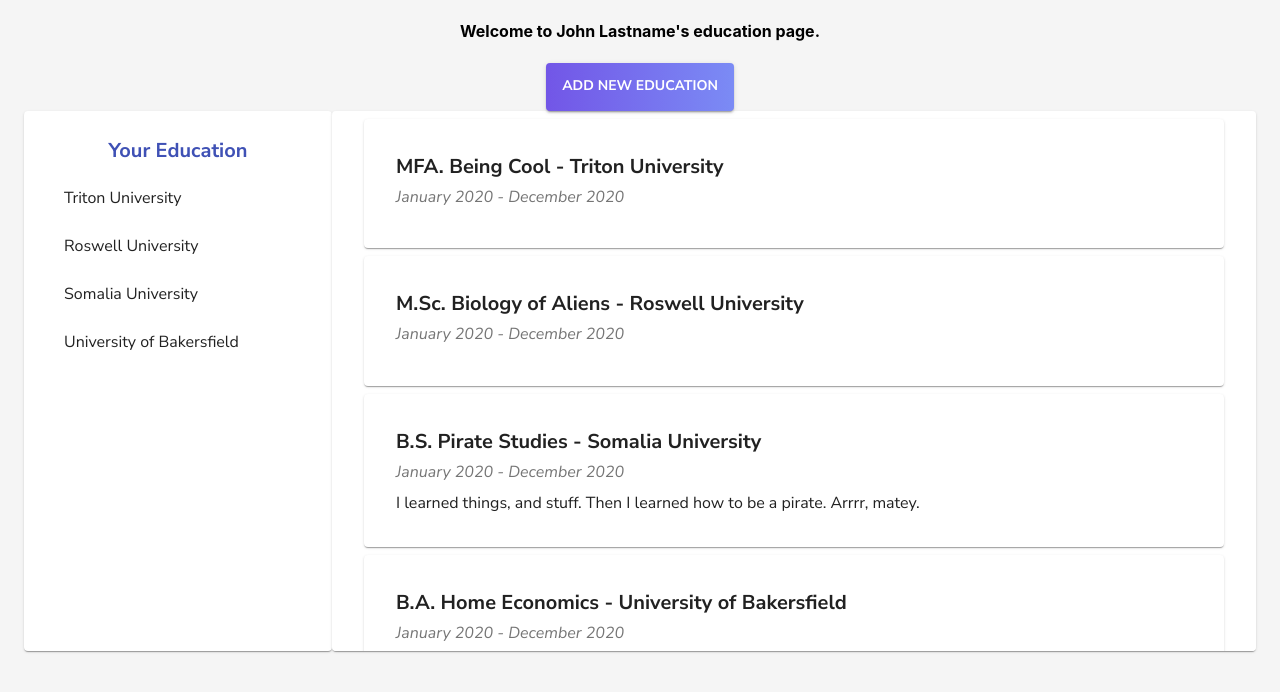
Repository: noellered/Showwcase-React-Challenge
Page: / (app in showwcase-education-react/)
These files come from the project's save history. The page is drawn as it stood at one moment and after the next save; the edit follows.
The browser window is 1280 px wide. The pictures show the whole page.
An inner scrolling area shows only its first screen. The project was rebuilt for these pictures with package versions that can differ from the ones it lists, and the page was loaded fresh each time. Also part of the build but not shown: showwcase-education-react/src/components/Home.tsx, showwcase-education-react/src/components/pickers/MonthPicker.tsx, showwcase-education-react/src/components/pickers/YearPicker.tsx, showwcase-education-react/src/components/education/EducationModalContent.tsx.

Above is the page before, as saved 2020-12-17 17:34:10.

### showwcase-education-react/public/index.html
<!DOCTYPE html>
<html lang="en">
  <head>
    <meta charset="utf-8" />
    <link rel="icon" href="%PUBLIC_URL%/favicon.ico" />
    <link rel="preconnect" href="https://fonts.gstatic.com">
    <link href="https://fonts.googleapis.com/css2?family=Nunito+Sans:ital,wght@0,400;0,700;1,400&display=swap" rel="stylesheet">


    <meta name="viewport" content="width=device-width, initial-scale=1" />
    <meta name="theme-color" content="#000000" />
    <meta
      name="description"
      content="Web site created using create-react-app"
    />
    <link rel="apple-touch-icon" href="%PUBLIC_URL%/logo192.png" />
    <!--
      manifest.json provides metadata used when your web app is installed on a
      user's mobile device or desktop. See https://developers.google.com/web/fundamentals/web-app-manifest/
    -->
    <link rel="manifest" href="%PUBLIC_URL%/manifest.json" />
    <!--
      Notice the use of %PUBLIC_URL% in the tags above.
      It will be replaced with the URL of the `public` folder during the build.
      Only files inside the `public` folder can be referenced from the HTML.

      Unlike "/favicon.ico" or "favicon.ico", "%PUBLIC_URL%/favicon.ico" will
      work correctly both with client-side routing and a non-root public URL.
      Learn how to configure a non-root public URL by running `npm run build`.
    -->
    <title>React App</title>
  </head>
  <body>
    <noscript>You need to enable JavaScript to run this app.</noscript>
    <div id="root"></div>
    <!--
      This HTML file is a template.
      If you open it directly in the browser, you will see an empty page.

      You can add webfonts, meta tags, or analytics to this file.
      The build step will place the bundled scripts into the <body> tag.

      To begin the development, run `npm start` or `yarn start`.
      To create a production bundle, use `npm run build` or `yarn build`.
    -->
  </body>
</html>

### showwcase-education-react/src/index.css
body {
  margin: 0;
  background: #F5F5F5;
  font-family: -apple-system, BlinkMacSystemFont, 'Segoe UI', 'Roboto', 'Oxygen',
    'Ubuntu', 'Cantarell', 'Fira Sans', 'Droid Sans', 'Helvetica Neue',
    sans-serif;
  -webkit-font-smoothing: antialiased;
  -moz-osx-font-smoothing: grayscale;
}

code {
  font-family: source-code-pro, Menlo, Monaco, Consolas, 'Courier New',
    monospace;
}

### showwcase-education-react/src/App.tsx
import React, {useState} from 'react';
import Home from './components/Home';
import Main from './components/Main';
import { MuiThemeProvider, createMuiTheme } from '@material-ui/core/styles';
import './App.css';

function App() {
  const theme = createMuiTheme({
    typography: {
        fontFamily: [
            'Nunito Sans',
            'sans-serif'
        ].join(','),
        h6: {
          fontWeight: 600
        },
        body1: {
          fontWeight: 400
        },
        subtitle1: {
          fontStyle: 'italic'
        },
        button: {
          fontWeight: 600
        }
    },
  })
  const [name, setName] = useState('John Lastname')

  return (
    <MuiThemeProvider theme={theme}>
      <div className="App">
        { name ? <Main name={name} /> : <Home setName={setName} /> }
      </div>
    </MuiThemeProvider>

  );
}

export default App;

### showwcase-education-react/src/components/Main.tsx
import React, {FunctionComponent, useState} from 'react';
import EducationSidebar from './education/EducationSidebar';
import EducationList from './education/EducationList';
import EducationModalContent from './education/EducationModalContent';
import Modal from '@material-ui/core/Modal';
import Backdrop from '@material-ui/core/Backdrop';
import Fade from '@material-ui/core/Fade';
import Paper from '@material-ui/core/Paper';
import Grid from '@material-ui/core/Grid';
import Container from '@material-ui/core/Container';
import Button from '@material-ui/core/Button';
import { pageStyles } from './pageStyles';

const Main:FunctionComponent<{name: string}> = ({name}) => {
    const classes = pageStyles();
    const [open, setOpen] = useState<boolean>(false);
    const [education, setEducation] = useState<object[]>([
        {
            degree: "MFA.",
            description: "",
            end: {month: 11, year: 2020},
            fieldOfStudy: "Being Cool",
            institution: "Triton University",
            start: {month: 11, year: 2020}
        },
        {
            degree: "M.Sc.",
            description: "",
            end: {month: 11, year: 2020},
            fieldOfStudy: "Biology of Aliens",
            institution: "Roswell University",
            start: {month: 11, year: 2020}
        },
        {
            degree: "B.S.",
            description: "I learned things, and stuff. Then I learned how to be a pirate. Arrrr, matey.",
            end: {month: 11, year: 2020},
            fieldOfStudy: "Pirate Studies",
            institution: "Somalia University",
            start: {month: 11, year: 2020}
        },
        {
            degree: "B.A.",
            description: "",
            end: {month: 11, year: 2020},
            fieldOfStudy: "Home Economics",
            institution: "University of Bakersfield",
            start: {month: 11, year: 2020}
        },
    ]);


    //Modal handlers

    const handleOpen = () => {
        setOpen(true);
    }

    const handleClose = () => {
        setOpen(false);
    }

    const handleEducationUpdate = (newEducation) => {
        setEducation(education => [newEducation, ...education]) //prepend new education item to education list
        handleClose();
    }

    return(
        <Container>
            <h4>Welcome to {name}'s education page.</h4>
            <Button
                className={classes.button}
                variant="contained"
                color="primary"
                type="button"
                onClick={handleOpen}
                >
                Add New Education
            </Button>
            <Grid container className={classes.container}>
                <Grid item xs={12} lg={3}>
                    <Paper className={classes.paper}>
                        <EducationSidebar list={education}/>
                    </Paper>
                </Grid>
                <Grid item xs={12} lg={9}>
                    <Paper className={classes.paper}>
                        <EducationList list={education}/>
                    </Paper>
                </Grid>
            </Grid>
            <Modal
                className={classes.modal}
                aria-labelledby="add-education"
                aria-describedby="add-education-modal"
                open={open}
                onClose={handleClose}
                closeAfterTransition
                BackdropComponent={Backdrop}
                BackdropProps={{
                timeout: 300,
                }}>
                <Fade in={open}>
                    <Paper>
                        <EducationModalContent handleUpdate={handleEducationUpdate}/>
                    </Paper>
                </Fade>
            </Modal>
        </Container>
    )
}

export default Main;

### showwcase-education-react/src/components/pageStyles.tsx
import { makeStyles } from '@material-ui/core/styles';

export const pageStyles = makeStyles({
    modal: {
        maxWidth: '70%',
        margin: 'auto',
        height: '70vh'
    },
    button: {
        backgroundImage: 'linear-gradient(90deg, rgba(114,86,231,1) 0%, rgba(123,139,245,1) 100%)',
        borderColor: '#0063cc',
        borderRadius: 3,
        color: 'white',
        height: 48,
        padding: '0 30px',
        '&:hover': {
            backgroundImage: 'linear-gradient(90deg, rgba(81,53,196,1) 0%, rgba(91,110,238,1) 100%)',
            borderColor: '#0062cc',
          },
    },
    container: {
        display: 'flex',
        justifyContent: 'space-between'
    },
    paper: {
        height: '75vh',
        overflow: 'auto',
    },
    sideBar: {
        marginRight: '2rem',
    }
})

### showwcase-education-react/src/components/education/EducationSidebar.tsx
import React, { FunctionComponent } from 'react';
import List from '@material-ui/core/List';
import ListItem from '@material-ui/core/ListItem';
import ListItemText from '@material-ui/core/ListItemText';
import Typography from '@material-ui/core/Typography';
import { useStyles } from './styles'

const EducationSidebar:FunctionComponent<{list: object[]}> = ({ list }) => {
    const classes = useStyles();
    return(
        <List className={classes.list}>
            <Typography variant="h6" color="primary" gutterBottom>Your Education</Typography>
            { list.length > 0 ? list.map((item) =>
            <div>
                <ListItem className={classes.listItem} button>
                    <ListItemText >{item['institution']}</ListItemText>
                </ListItem>
            </div>
            )
            : <div>No education to display</div> }
        </List>
    )
}
export default EducationSidebar;

### showwcase-education-react/src/components/education/EducationList.tsx
import React, { FunctionComponent } from 'react';
import Card from '@material-ui/core/Card';
import { useStyles } from './styles';
import Typography from '@material-ui/core/Typography';
import Container from '@material-ui/core/Container';

const EducationList:FunctionComponent<{list: object[]}> = ({ list }) => {
    const classes = useStyles();
    return(
        <Container>
            { list.length > 0 ? list.map((item) =>
            <Card className={classes.educationCard}>
                <Typography align="justify" variant="h6" color="textPrimary">
                    {item['degree']} {item['fieldOfStudy']} - {item['institution']}
                </Typography>
                <Typography variant="subtitle1" align="justify" color="textSecondary" gutterBottom>
                January {item['start']['year']} - December {item['end']['year']}
                </Typography>
                <Typography variant="body1" align="justify">
                    {item['description']}
                </Typography>
            </Card>) : <div>Nothing to display</div> }
        </Container>
    )
}
export default EducationList;

### showwcase-education-react/src/components/education/styles.tsx
import { makeStyles } from '@material-ui/core/styles';

export const useStyles = makeStyles({
    button: {
        backgroundImage: 'linear-gradient(90deg, rgba(114,86,231,1) 0%, rgba(123,139,245,1) 100%)',
        borderColor: '#0063cc',
        borderRadius: 3,
        color: 'white',
        height: 48,
        padding: '0 30px',
        '&:hover': {
            backgroundImage: 'linear-gradient(90deg, rgba(81,53,196,1) 0%, rgba(91,110,238,1) 100%)',
            borderColor: '#0062cc',
          },
    },
    educationCard: {
        padding: '2rem',
        margin: '.5rem'
    },
    list: {
        padding: '1.5rem',
    },

    modalContent: {
        padding: '2rem',
    },
    listItem: {
        '&:active': {
            fontWeight: 600,
        }
    },
    input: {
        minWidth: '40%',
        marginBottom: '.5rem'
    },
    inputGroup: {
        display: 'flex',
        flexDirection: 'row',
        minWidth: '100%'
    },
    mr: {
        marginRight: '.5rem'
    }
})

Loaded but not shown: showwcase-education-react/src/index.tsx (common file); showwcase-education-react/src/reportWebVitals.ts (common file); showwcase-education-react/src/App.css (common file)

After the next save:
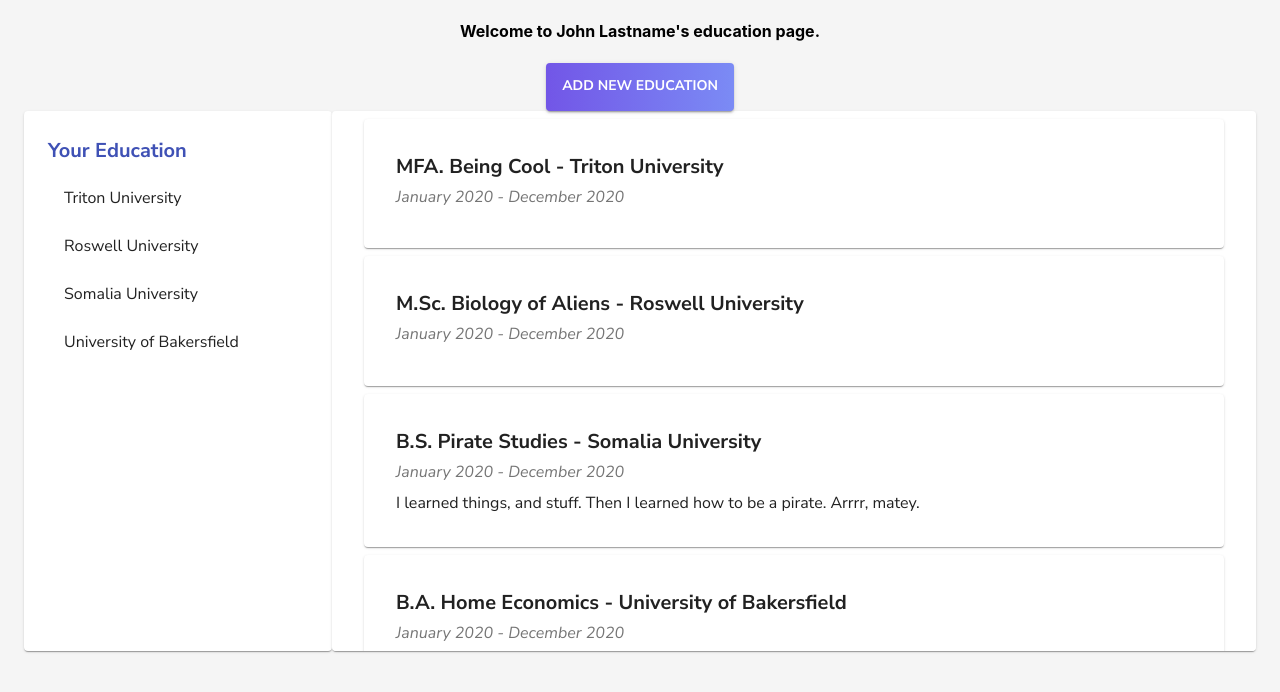
Saved 4 min 1 s later.
--- a/showwcase-education-react/src/components/education/EducationSidebar.tsx
+++ b/showwcase-education-react/src/components/education/EducationSidebar.tsx
@@ -9,7 +9,7 @@ const EducationSidebar:FunctionComponent<{list: object[]}> = ({ list }) => {
     const classes = useStyles();
     return(
         <List className={classes.list}>
-            <Typography variant="h6" color="primary" gutterBottom>Your Education</Typography>
+            <Typography variant="h6" color="primary" align="justify" gutterBottom>Your Education</Typography>
             { list.length > 0 ? list.map((item) =>
             <div>
                 <ListItem className={classes.listItem} button>
